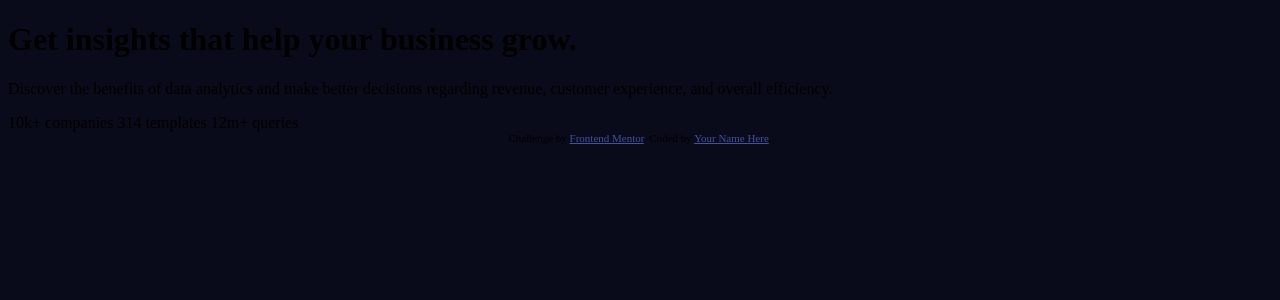
Repository: CaseySpurlock/stats-prewiew-component
Page: index.html
An editor plug-in stored every save of this project. The page is shown before and after the next save, followed by the edit.
The browser window is 1280 px wide. The pictures show the whole page.

Above is the page before, as saved 2021-06-20 23:37:26.

After the next save:
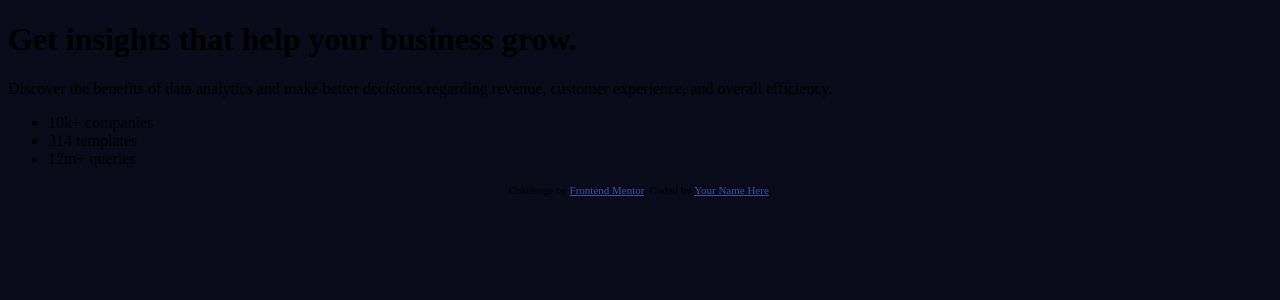
Saved 3 min 6 s later.
--- a/index.html
+++ b/index.html
@@ -12,15 +12,21 @@
 
 </head>
 <body>
-<div>
-  <h1>Get <span>insights</span> that help your business grow.</h1>
+  <div>
+    <h1>Get <span>insights</span> that help your business grow.</h1>
 
-  <p>Discover the benefits of data analytics and make better decisions regarding revenue, customer
-    experience, and overall efficiency.</p>
-</div>
-  10k+ companies
-  314 templates
-  12m+ queries
+    <p>Discover the benefits of data analytics and make better decisions regarding revenue, customer
+      experience, and overall efficiency.</p>
+  </div>
+  <div>
+    <ul>
+      <li>10k+ companies</li>
+      <li>314 templates</li>
+      <li>12m+ queries</li>
+    </ul>
+  </div>
+
+
 
   <div class="attribution">
     Challenge by <a href="https://www.frontendmentor.io?ref=challenge" target="_blank">Frontend Mentor</a>.
